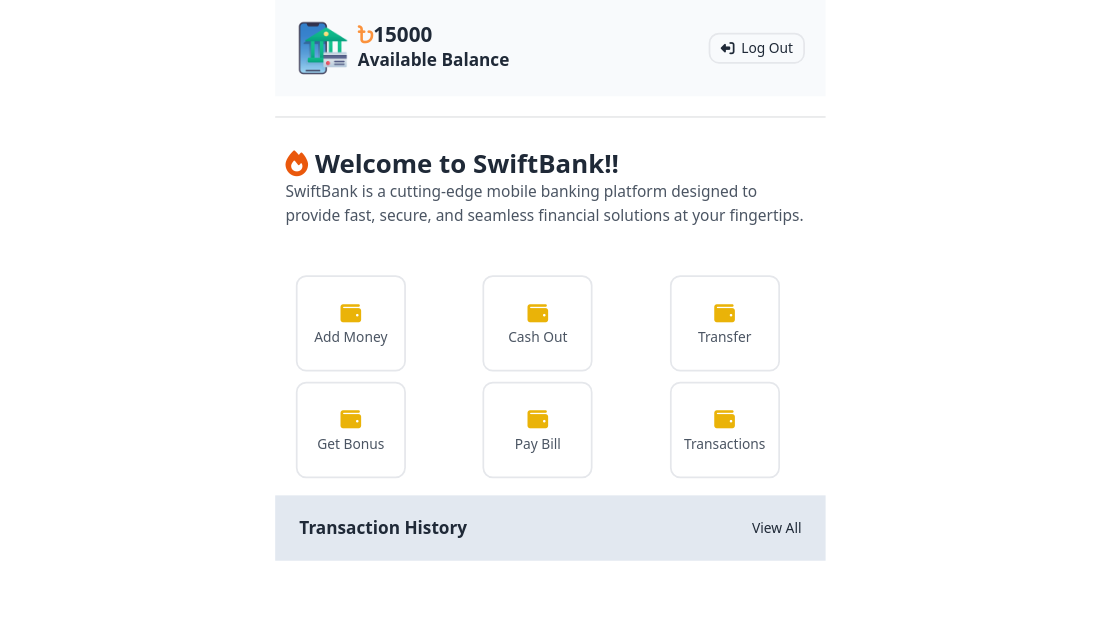
Repository: mukaddam-coder/swift-bank-mobile-banking
Page: home.html
These files come from the project's save history. The page is drawn as it stood at one moment and after the next save; the edit follows.
The browser window is 1280 px wide. The pictures show the whole page, at 86% of full size.
Some web libraries are served in a nearby version.

Above is the page before, as saved 2024-12-15 03:25:54.

### home.html
<!DOCTYPE html>
<html lang="en">
<head>
    <meta charset="UTF-8">
    <meta name="viewport" content="width=device-width, initial-scale=1.0">
    <title>SwiftBank</title>
    <!-- Fontawesome CDN -->
    <script src="https://kit.fontawesome.com/c4e7b2ed2f.js" crossorigin="anonymous"></script>
    <!-- Google Fonts -->
    <link rel="preconnect" href="https://fonts.googleapis.com">
    <link rel="preconnect" href="https://fonts.gstatic.com" crossorigin>
    <link href="https://fonts.googleapis.com/css2?family=Montserrat:ital,wght@0,100..900;1,100..900&display=swap" rel="stylesheet">
    <!-- Tailwind + DaisyUi CDN -->
    <link href="https://cdn.jsdelivr.net/npm/daisyui@4.12.19/dist/full.min.css" rel="stylesheet" type="text/css" />
    <script src="https://cdn.tailwindcss.com"></script>

</head>
<body>

<main>
  <div class="w-1/2 mx-auto p-6 bg-slate-50 h-full flex justify-between items-center">
    <div class="flex gap-2">
        <!-- Logo -->
    <div>
    <img class="w-16 h-16" src="images/mobile-banking.png">
    </div>
    <div>
   <h2 class="text-2xl font-bold" id="main-balance">
   <i class="fa-solid fa-bangladeshi-taka-sign text-orange-400"></i>15000</h2>
   <p class="font-semibold text-xl">Available Balance</p>
</div>
</div>
<div>
<button class="border-2 w-28 px-1 py-1 rounded-xl"> <i class="fa-solid fa-right-from-bracket rotate-180 mr-2"></i>Log Out</button>
</div>
        </div>
    <div class="divider w-1/2 mx-auto"></div>
    <!-- Greetings Section -->
        <section class="w-1/2 mx-auto p-3">
            <h1 class="font-bold text-3xl"><i class="fa-solid fa-fire text-orange-600 text-3xl mr-2"></i>Welcome to SwiftBank!!</h1>
            <p class="text-gray-600 text-lg">
                SwiftBank is a cutting-edge mobile banking platform designed to provide fast, secure, and seamless financial solutions at your fingertips.
            </p>
        </section>
     <!-- User Actionable Dashboard -->

     <section class="w-1/2 mx-auto py-8 grid grid-cols-3 gap-3">

            <div class="w-32 h-28 ml-3 p-3">
                <button id="show-add-money-section" class="border-2 w-32 h-28 rounded-xl bg-white text-gray-600">
                    <p>
                <i class="fa-solid fa-wallet text-yellow-500 text-2xl"></i>
                    </p>
                Add Money
            </button>
                </div>
                <div class="w-32 h-28 ml-3 p-3">
                <button id="show-cash-out-section" class="border-2 w-32 h-28 rounded-xl bg-white text-gray-600">
                    <p>
                <i class="fa-solid fa-wallet text-yellow-500 text-2xl"></i>
                    </p>
                Cash Out
            </button>
                </div>
                <div class="w-32 h-28 ml-3 p-3">
                <button id="show-money-transfer-section" class="border-2 w-32 h-28 rounded-xl bg-white text-gray-600">
                    <p>
                <i class="fa-solid fa-wallet text-2xl text-yellow-500"></i>
                    </p>
                Transfer
            </button>
                </div>
                <div class="w-32 h-28 ml-3 p-3">
                <button id="show-get-bonus-section" class="border-2 w-32 h-28 rounded-xl bg-white text-gray-600">
                    <p>
                <i class="fa-solid fa-wallet text-2xl text-yellow-500"></i>
                    </p>
                Get Bonus
            </button>
                </div>
                <div class="w-32 h-28 ml-3 p-3">
                <button id="show-pay-bill-section" class="border-2 w-32 h-28 rounded-xl bg-white text-gray-600">
                    <p>
                <i class="fa-solid fa-wallet text-2xl text-yellow-500"></i>
                    </p>
                Pay Bill
            </button>
                </div>
                <div class="w-32 h-28 ml-3 p-3">
                <button id="show-transaction-history" class="border-2 w-32 h-28 rounded-xl bg-white text-gray-600">
                    <p>
                <i class="fa-solid fa-wallet text-2xl text-yellow-500"></i>
                    </p>
                Transactions
            </button>
    </div>
      </section>
      <!-- Add Money Section Start -->
      <section id ="add-money-section" class="hidden w-1/2 mx-auto px-5 py-4 bg-slate-200">
        <h2 class="p-2 font-bold text-xl">Add Money</h2>
        <form class="card-body bg-white rounded-3xl">
            <div class="form-control mb-4">
              <label class="label">
                <span class="label-text font-semibold text-xl">Select A Bank</span>
              </label>
              <select id="bank"  class="input-bordered rounded-full bg-slate-200 h-12 px-5 border-2">
                <option value="Select Bank">Select Bank</option>
                <option value="AB Bank PLC">AB Bank PLC</option>
                <option value="Bangladesh Commerce Bank Limited">Bangladesh Commerce Bank Limited</option>
                <option value="Islami Bank Bangladesh PLC">Islami Bank Bangladesh PLC</option>
                <option value="Dutch-Bangla Bank PLC">Dutch-Bangla Bank PLC</option>
                <option value="Jamuna Bank Limited">Jamuna Bank Limited</option>
                <option value="Trust Bank PLC">Trust Bank PLC</option>
              </select>
              </div>
            <div class="form-control mb-4">
              <label class="label">
                <span class="label-text font-semibold text-xl">Bank Account Number</span>
              </label>
              <input id="input-bank-account-field" type="text" placeholder="Enter 17 digit account number" class="input input-bordered rounded-full bg-slate-200" required />
            </div>
            <div class="form-control mb-4">
              <label class="label">
                <span class="label-text font-semibold text-xl">Amount to Add</span>
              </label>
              <input id="input-amount-field" type="text" placeholder="Write Amount" class="input input-bordered rounded-full bg-slate-200" required />
              </div>
            <div class="form-control mb-4">
              <label class="label">
                <span class="label-text font-semibold text-xl">5 Digit Pin</span>
              </label>
              <input id="input-add-money-pin-number" type="password" placeholder="Enter 5 Digit Pin" class="input input-bordered rounded-full bg-slate-200" required />
              </div>
            <div class="form-control mb-4">
              <button id="btn-add-money" class="bg-blue-700 font-bold text-xl text-white p-3 rounded-full">Add Money</button>
            </div>
          </form>
          <!-- Result Message -->
        <p id="result-message" class="text-center font-bold text-lg mt-4"></p>
      </section>
      <!-- Add Money Section End -->

      <!-- Cash Out Section Start -->
      <section id ="cash-out-section" class="hidden w-1/2 mx-auto px-5 py-4 bg-slate-200">
        <h2 class="p-2 font-bold text-xl">Cash Out</h2>
        <form class="card-body bg-white rounded-3xl">
            <div class="form-control mb-4">
              <label class="label">
                <span class="label-text font-semibold text-xl">Agent Number</span>
              </label>
              <input type="number" id="input-cash-out-phone" placeholder="Enter 11 digit number" class="input input-bordered rounded-full bg-slate-200" maxlength="11" required >
              </div>
             <div class="form-control mb-4">
              <label class="label">
                <span class="label-text font-semibold text-xl">Withdrawal Amount</span>
              </label>
              <input id="input-cash-out-field" type="text" placeholder="Write Amount" class="input input-bordered rounded-full bg-slate-200" required />
            </div>
            <div class="form-control mb-4">
              <label class="label">
                <span class="label-text font-semibold text-xl">5 Digit Pin</span>
              </label>
              <input id="input-cash-out-pin-number" type="password" placeholder="Enter 5 Digit Pin" class="input input-bordered rounded-full bg-slate-200" required />
              </div>
          <div class="form-control mb-4">
              <button id="btn-cash-out" class="bg-blue-700 font-bold text-xl text-white p-3 rounded-full">Cash Out</button>
            </div>
          </form>
      </section>
     <!-- Cash Out Section End -->

     <!-- Money Transfer Section Start -->
     <section id ="money-transfer-section" class="hidden w-1/2 mx-auto px-5 py-4 bg-slate-200">
      <h2 class="p-2 font-bold text-xl">Money Transfer</h2>
      <form class="card-body bg-white rounded-3xl">
          <div class="form-control mb-4">
            <label class="label">
              <span class="label-text font-semibold text-xl">User Account Number</span>
            </label>
            <input type="number" id="input-money-transfer-number" placeholder="Enter 11 digit number" class="input input-bordered rounded-full bg-slate-200" maxlength="11" required >
            </div>
           <div class="form-control mb-4">
            <label class="label">
              <span class="label-text font-semibold text-xl">Amount</span>
            </label>
            <input id="input-money-transfer-amount" type="text" placeholder="Enter Amount to transfer" class="input input-bordered rounded-full bg-slate-200" required />
          </div>
          <div class="form-control mb-4">
            <label class="label">
              <span class="label-text font-semibold text-xl">5 Digit Pin</span>
            </label>
            <input id="input-money-transfer-pin" type="password" placeholder="Enter 5 Digit Pin" class="input input-bordered rounded-full bg-slate-200" required />
            </div>
           <div class="form-control mb-4">
            <button id="btn-money-transfer" class="bg-blue-700 font-bold text-xl text-white p-3 rounded-full">Send Now</button>
          </div>
        </form>
    </section>
     <!-- Money Transfer Section End -->

     <!-- Get Bonus Section Start -->
     <section id ="get-bonus-section" class="hidden w-1/2 mx-auto px-5 py-4 bg-slate-200">
      <h2 class="p-2 font-bold text-xl">Get Bonus</h2>
      <form class="card-body bg-white rounded-3xl">
          <div class="form-control mb-4">
            <label class="label">
              <span class="label-text font-semibold text-xl">Bonus Coupon</span>
            </label>
            <input type="text" id="input-bonus-coupon" placeholder="Enter coupon code" class="input input-bordered rounded-full bg-slate-200" maxlength="11" required >
            </div>

           <div class="form-control mb-4">
            <button id="btn-get-bonus" class="bg-blue-700 font-bold text-xl text-white p-3 rounded-full">Get Bonus</button>
          </div>
        </form>
    </section>
     <!-- Get Bonus Section End -->

     <!-- Pay Bill Section Start -->
     <section id ="pay-bill-section" class="hidden w-1/2 mx-auto px-5 py-4 bg-slate-200">
      <h2 class="p-2 font-bold text-xl">Pay Bill</h2>
      <form class="card-body bg-white rounded-3xl">
          <div class="form-control mb-4">
            <label class="label">
              <span class="label-text font-semibold text-xl">Select to Pay</span>
            </label>
            <select id="payment-list"  class="input-bordered rounded-full bg-slate-200 h-12 px-5 border-2">
              <option value="Select option">Select Payment Option</option>
              <option value="Electricity Bill">Electricity Bill</option>
              <option value="Gas Bill">Gas Bill</option>
              <option value="Water Bill">Water Bill</option>
              <option value="Internet Bill">Internet Bill</option>
              <option value="Mobile Recharge">Mobile Recharge</option>
              <option value="Tax Payments">Tax Payments</option>
              <option value="College/University Tuition Fees">College/University Tuition Fees</option>
              <option value="Bus/Train Tickets">Bus/Train Tickets</option>
              <option value="Bus/Train Tickets">Passport or Visa Fees</option>
              <option value="Credit Card Bill Payments">Credit Card Bill Payments</option>
            </select>
            </div>
           <div class="form-control mb-4">
            <label class="label">
              <span class="label-text font-semibold text-xl">Billar Account Number</span>
            </label>
            <input id="input-billar-account-number-field" type="text" placeholder="Enter account number" class="input input-bordered rounded-full bg-slate-200" required />
            </div>
          <div class="form-control mb-4">
            <label class="label">
              <span class="label-text font-semibold text-xl">Amount to Pay</span>
            </label>
            <input id="input-pay-bill-amount-field" type="number" placeholder="Write Amount" class="input input-bordered rounded-full bg-slate-200" required />
            </div>
          <div class="form-control mb-4">
            <label class="label">
              <span class="label-text font-semibold text-xl">5 Digit Pin</span>
            </label>
            <input id="input-pay-bill-pin-number" type="password" placeholder="Enter 5 Digit Pin" class="input input-bordered rounded-full bg-slate-200" required />
            </div>
          <div class="form-control mb-4">
            <button id="btn-pay-bill" class="bg-blue-700 font-bold text-xl text-white p-3 rounded-full">Pay Now</button>
          </div>
        </form>
        <!-- Result Message -->
        <p id="result-message" class="text-center font-bold text-lg mt-4"></p>
    </section>
     <!-- Pay Bill Section End -->

     <!-- Transaction History Start -->
     <section id ="transaction-history-section" class="w-1/2 mx-auto px-5 py-4 bg-slate-200">
      <div class="flex justify-between items-center">
        <h2 class="p-2 font-bold text-xl">Transaction History</h2>
        <p class="p-2">
          <a href="#">View All</a>
        </p>
      </div>

      <div id="transaction-container">

      </div>
    </section>
     <!-- Transaction History End -->
      <script src="Jscript/utilities.js"></script>
      <script src="Jscript/add-money.js"></script>
      <script src="Jscript/cash-out.js"></script>
      <script src="Jscript/features.js"></script>
      <script src="Jscript/money-transfer.js"></script>
      <script src="Jscript/bonus.js"></script>
      <script src="Jscript/pay-bill.js"></script>
       </main>

</body>
</html>

### Jscript/utilities.js
function getInputFieldValueById(id){
    const inputValue = document.getElementById(id).value;
    const inputNumber = parseFloat(inputValue);
    return inputNumber;
}


function getTextFieldValueById(id){
    const textValue = document.getElementById(id).innerText;
    const textNumber = parseFloat(textValue);
    return textNumber;
}

function showSectionById(id){
    // Hide all the section
    document.getElementById('add-money-section').classList.add('hidden');
    document.getElementById('cash-out-section').classList.add('hidden');
    document.getElementById('money-transfer-section').classList.add('hidden');
    document.getElementById('get-bonus-section').classList.add('hidden');
    document.getElementById('pay-bill-section').classList.add('hidden');
//    Show the section with the provided id
    document.getElementById(id).classList.remove('hidden');
};

### Jscript/add-money.js
document.getElementById('btn-add-money').addEventListener('click', function(event){
    event.preventDefault();

   const addMoney = getInputFieldValueById('input-amount-field');
   const pinNumber = getInputFieldValueById('input-add-money-pin-number');
   const bankAccNumber = getInputFieldValueById('input-bank-account-field');
   const mainBalance = getTextFieldValueById('main-balance');


    if(isNaN(addMoney)){
        alert('Please enter a positive number to add money.');
        return;
    }

    if(addMoney <= 0 ){
        alert('Please enter a positive number to add money.')
    }

   if(pinNumber === 19945 && bankAccNumber >= 6){
        const newBalance = mainBalance + addMoney;
        document.getElementById('main-balance').innerText = newBalance;
   }
   else{
    alert('Failed to add money!Please try again.')
   }
})

### Jscript/cash-out.js
document.getElementById('btn-cash-out').addEventListener('click', function(event){
    event.preventDefault();
    const cashOut = getInputFieldValueById('input-cash-out-field');
    const cashOutPin = getInputFieldValueById('input-cash-out-pin-number');
    const agentNumber = getInputFieldValueById('input-cash-out-phone');


    if(isNaN(cashOut)){
        alert('Please enter a positive number to cash out.')
        return;
    }
    if(cashOut <= 0){
        alert('Please enter a valid amount to cash out.')
        return;
    }

    if(cashOut > mainBalance){
        alert('You do not have sufficient balance to cash out.');
        return;
    }

    if(cashOutPin === 19945 && agentNumber === 1735109219){
        const mainBalance = getTextFieldValueById('main-balance');
        const newBalance = mainBalance - cashOut;
     document.getElementById('main-balance').innerText = newBalance;
    }
    else{
        alert('Failed to cash out! Please try again.')
    }
})

### Jscript/features.js

// The add money section will show when the add money button is clicked.
document.getElementById('show-add-money-section').addEventListener('click', function(){
    showSectionById('add-money-section');
});

// The cash-out section will show when the cash-out button is clicked.
document.getElementById('show-cash-out-section').addEventListener('click', function(){
    showSectionById('cash-out-section')
});

// The money transfer section will show when the money transfer button is clicked.

document.getElementById('show-money-transfer-section').addEventListener('click', function(){
    showSectionById('money-transfer-section');
});


document.getElementById('show-get-bonus-section').addEventListener('click', function(){
    showSectionById('get-bonus-section');
});

document.getElementById('show-pay-bill-section').addEventListener('click', function(){
    showSectionById('pay-bill-section');
});


document.getElementById('show-transaction-history').addEventListener('click', function(){
    showSectionById('transaction-history-section');
})

### Jscript/money-transfer.js
document.getElementById('btn-money-transfer').addEventListener('click', function(event){
      event.preventDefault();
      const userAccountNumber = getInputFieldValueById('input-money-transfer-number');
      const transferMoneyAmount = getInputFieldValueById('input-money-transfer-amount');
      const transferMoneyPin = getInputFieldValueById('input-money-transfer-pin');

      const mainBalance = getTextFieldValueById('main-balance');

    //   Validate transfer money
      if(isNaN(transferMoneyAmount)){
        alert('Please enter a positive number to transfer money.');
        return;
      }

      if(transferMoneyAmount <= 0){
        alert('Please enter a valid amount to transfer money.');
        return;
      }

      if(transferMoneyAmount > mainBalance){
        alert('You do not have sufficient balance to transfer.')
      }

      if(transferMoneyPin === 19945 && userAccountNumber === 1621414498){

        const newBalance = mainBalance - transferMoneyAmount;
        document.getElementById('main-balance').innerText = newBalance;
      }
      else{
        alert('Failed to transfer money! Please try again.')
      }
})

### Jscript/bonus.js
document.getElementById('btn-get-bonus').addEventListener('click', function(event){
    event.preventDefault();
    const getBonusInput = document.getElementById('input-bonus-coupon').value.trim();
    const mainBalanceText = document.getElementById('main-balance').innerText;
    const mainBalance = parseFloat(mainBalanceText);
    const couponCode = 'BONUS10';

    if(getBonusInput === couponCode){
        const bonusAmount = 100;
        const newBalance = mainBalance + bonusAmount;
        document.getElementById('main-balance').innerText = newBalance;
    }
    else{
        alert('Invalid Coupon Code! Please try again.')
    }
})

### Jscript/pay-bill.js
document.getElementById('btn-pay-bill').addEventListener('click', function(event){
         event.preventDefault();

         const paymentList = document.getElementById('payment-list').value;
         const accountNumber = getInputFieldValueById('input-billar-account-number-field');
         const payBillAmount = getInputFieldValueById('input-pay-bill-amount-field');
         const payBillPin = getInputFieldValueById('input-pay-bill-pin-number');

         const mainBalance = getTextFieldValueById('main-balance');

         if(isNaN(payBillAmount)){
            alert('Please enter a positive number.');
            return;
         }

         if(payBillAmount <= 0){
            alert('Please enter a valid amount greater than 0.');
            return;
         }

         if(payBillAmount > mainBalance){
            alert('You do not have sufficient balance to complete the payment.')
            return;
         }

         if(payBillPin === 19945 && accountNumber === 1629501006323){
            const newBalance = mainBalance - payBillAmount;
            document.getElementById('main-balance').innerText = newBalance;

            const div = document.createElement('div');
            div.classList.add('bg-white rounded-xl p-4');
            div.innerHTML = `
            <div>
            <p>
            <i class="fa-solid fa-wallet text-2xl text-yellow-500"></i>
            </p>
            <h2 class="p-2 font-bold text-x">Electricity Bill</h2>
            <p>Pay Bill ${payBillAmount} paid for Electricity Bill</p>
            </div>`;


            document.getElementById('transaction-container').appendChild(div);
         }

         else{
            alert('Invalid PIN or Account Number! Please try again.')
         }
})

After the next save:
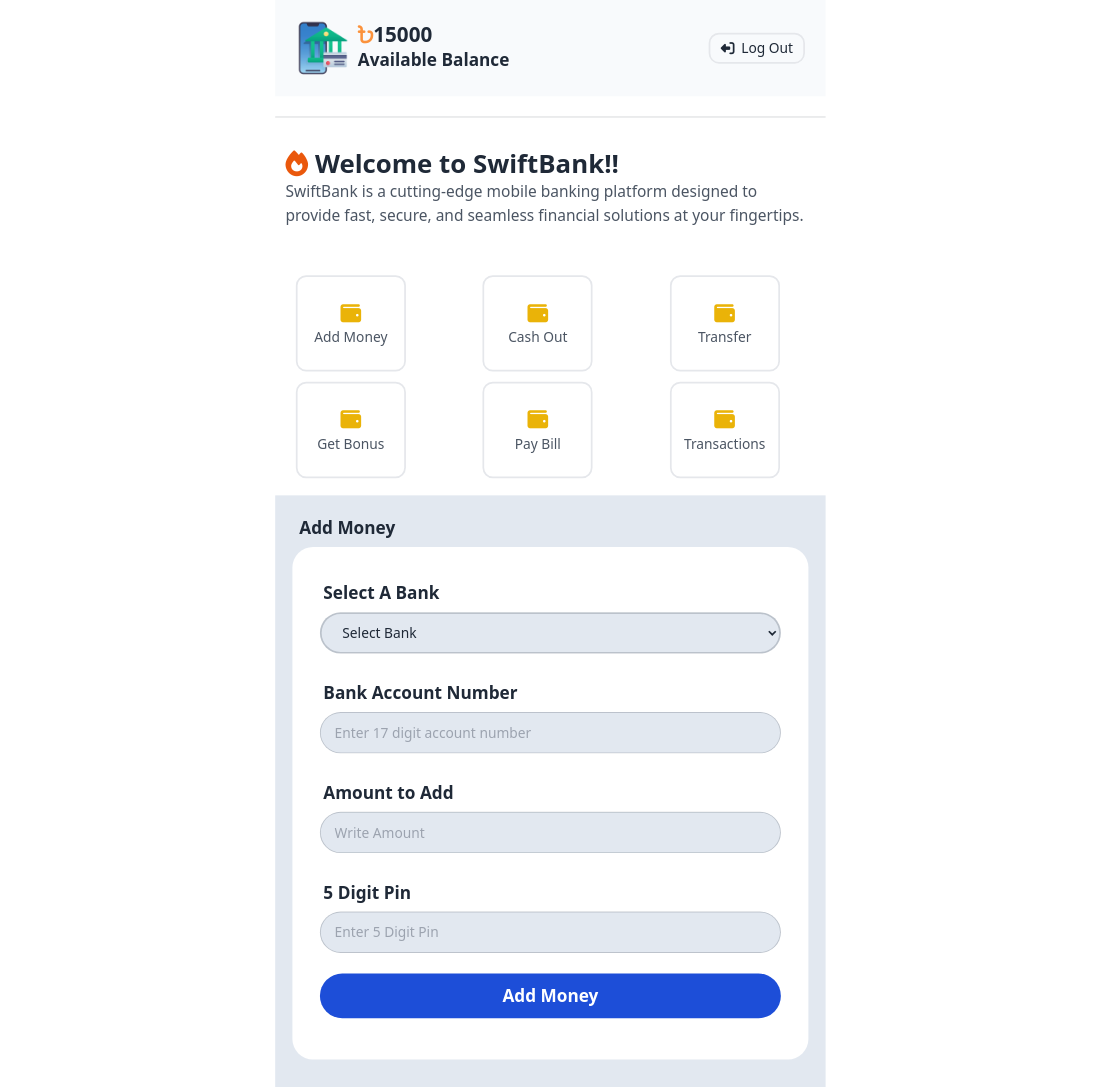
Saved 56 s later.
--- a/home.html
+++ b/home.html
@@ -96,7 +96,7 @@
     </div>
       </section>
       <!-- Add Money Section Start -->
-      <section id ="add-money-section" class="hidden w-1/2 mx-auto px-5 py-4 bg-slate-200">
+      <section id ="add-money-section" class="w-1/2 mx-auto px-5 py-4 bg-slate-200">
         <h2 class="p-2 font-bold text-xl">Add Money</h2>
         <form class="card-body bg-white rounded-3xl">
             <div class="form-control mb-4">
@@ -266,7 +266,7 @@
      <!-- Pay Bill Section End -->
 
      <!-- Transaction History Start -->
-     <section id ="transaction-history-section" class="w-1/2 mx-auto px-5 py-4 bg-slate-200">
+     <section id ="transaction-history-section" class="hidden w-1/2 mx-auto px-5 py-4 bg-slate-200">
       <div class="flex justify-between items-center">
         <h2 class="p-2 font-bold text-xl">Transaction History</h2>
         <p class="p-2">
